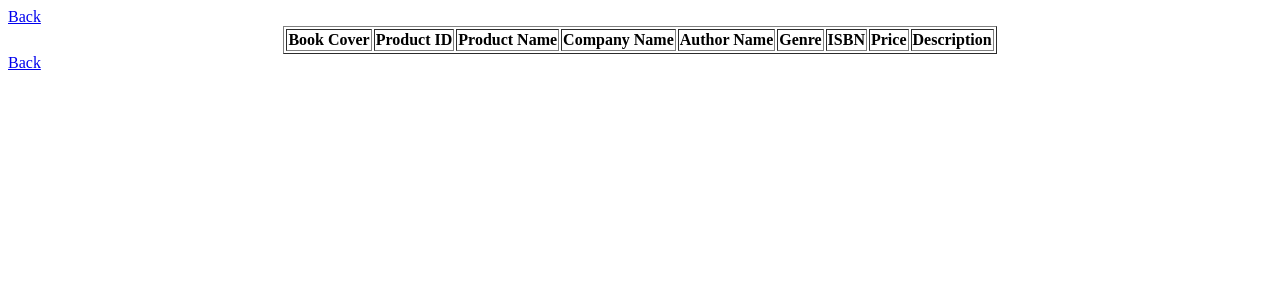
Repository: harshalsakpal/Catalog
Page: http://localhost/Catalog/pages/listBooks.jsp
An editor plug-in stored every save of this project. The page is shown before and after the next save, followed by the edit.
The browser window is 1280 px wide. The pictures show the whole page.
The page is served by Tomcat 9.

Above is the page before, as saved 2014-05-21 08:25:34.

After the next save:
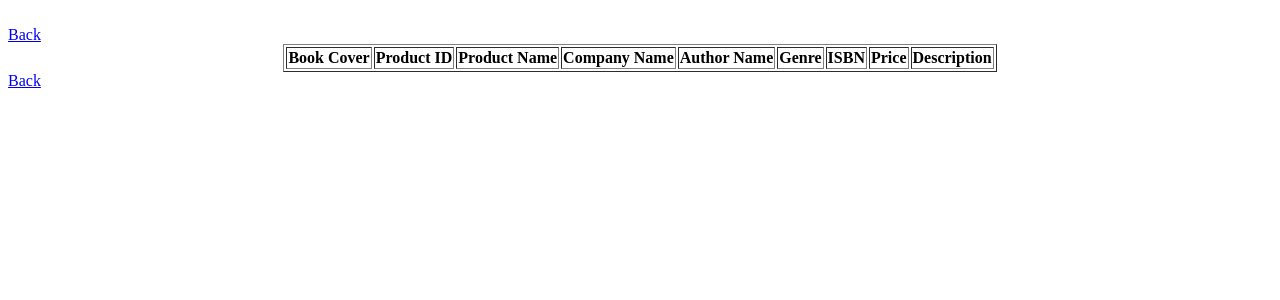
Saved 31 s later.
--- a/Catalog/WebContent/pages/listBooks.jsp
+++ b/Catalog/WebContent/pages/listBooks.jsp
@@ -9,7 +9,7 @@
 <title>List of Books</title>
 </head>
 <body>
-	<div align="left">
+	&nbsp; <div align="left">
 		<a href="home.jsp">Back</a>
 	</div>
 	<table border="1" align="center">

After the save that followed:
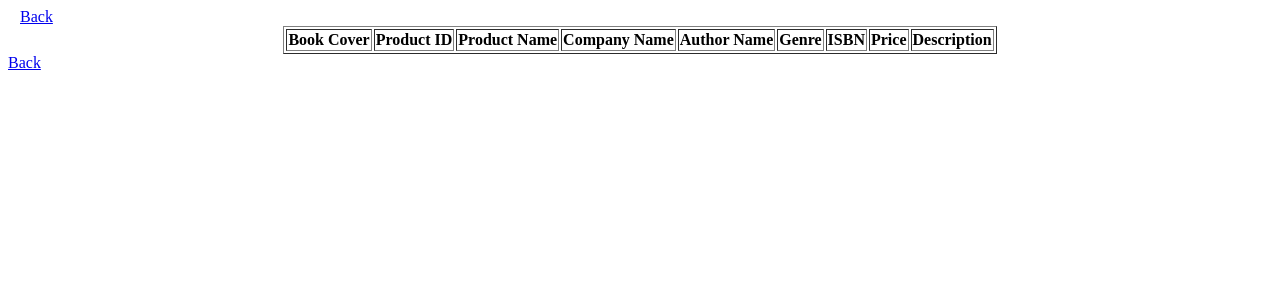
Saved 14 s later.
--- a/Catalog/WebContent/pages/listBooks.jsp
+++ b/Catalog/WebContent/pages/listBooks.jsp
@@ -9,8 +9,8 @@
 <title>List of Books</title>
 </head>
 <body>
-	&nbsp; <div align="left">
-		<a href="home.jsp">Back</a>
+	 <div>
+		&nbsp;&nbsp;&nbsp;<a href="home.jsp">Back</a>
 	</div>
 	<table border="1" align="center">
 		<tr>
